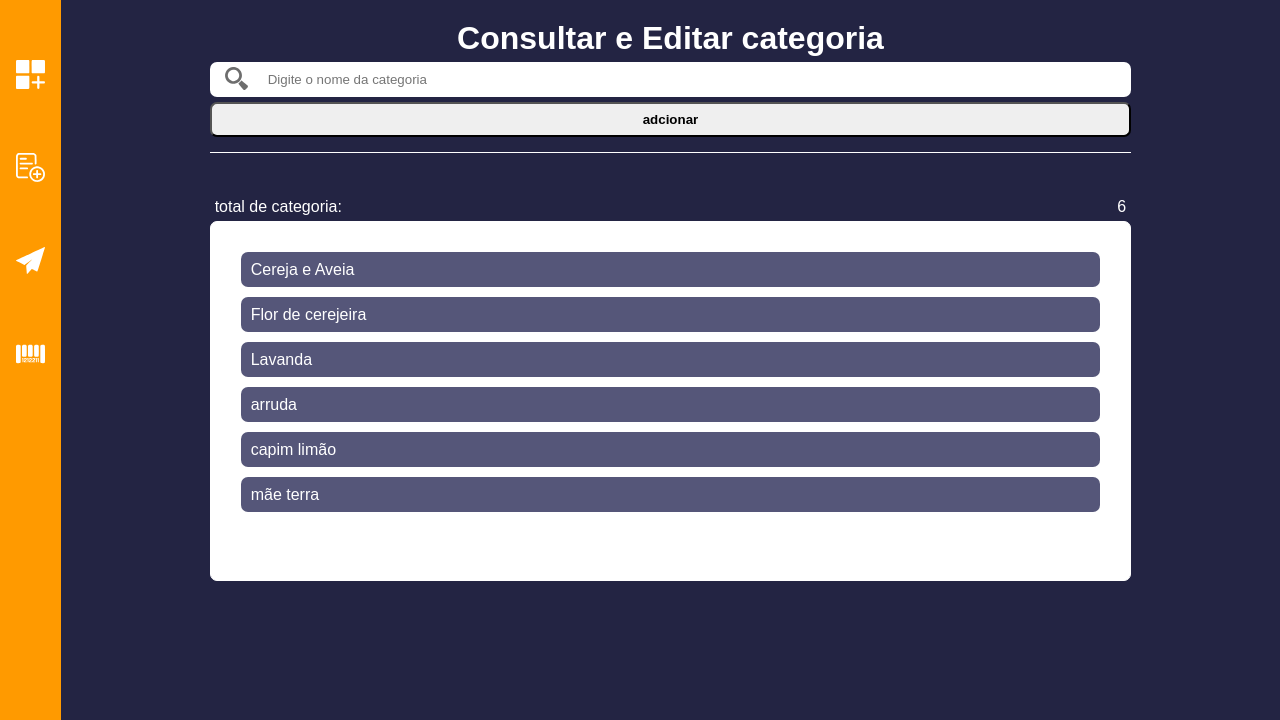
Repository: jeanjanrley/Organizador-de-rotulos
Page: /fragrancia
These files come from the project's save history. The page is drawn as it stood at one moment and after a run of saves; the edit follows.
The browser window is 1280 px wide. The pictures show the whole page.
The project was rebuilt for these pictures with package versions that can differ from the ones it lists, and the page was loaded fresh each time. Also part of the build but not shown: src/components/filter/styles.scss, src/components/filter/index.js, src/services/firebase.js, src/pages/home/styles.scss, src/pages/home/Home.js, src/components/rotulo/style.scss, src/components/rotulo/index.js, src/pages/consultar/index.js and 7 more.

Above is the page before, as saved 2021-06-27 18:11:16.

After the next 3 saves:
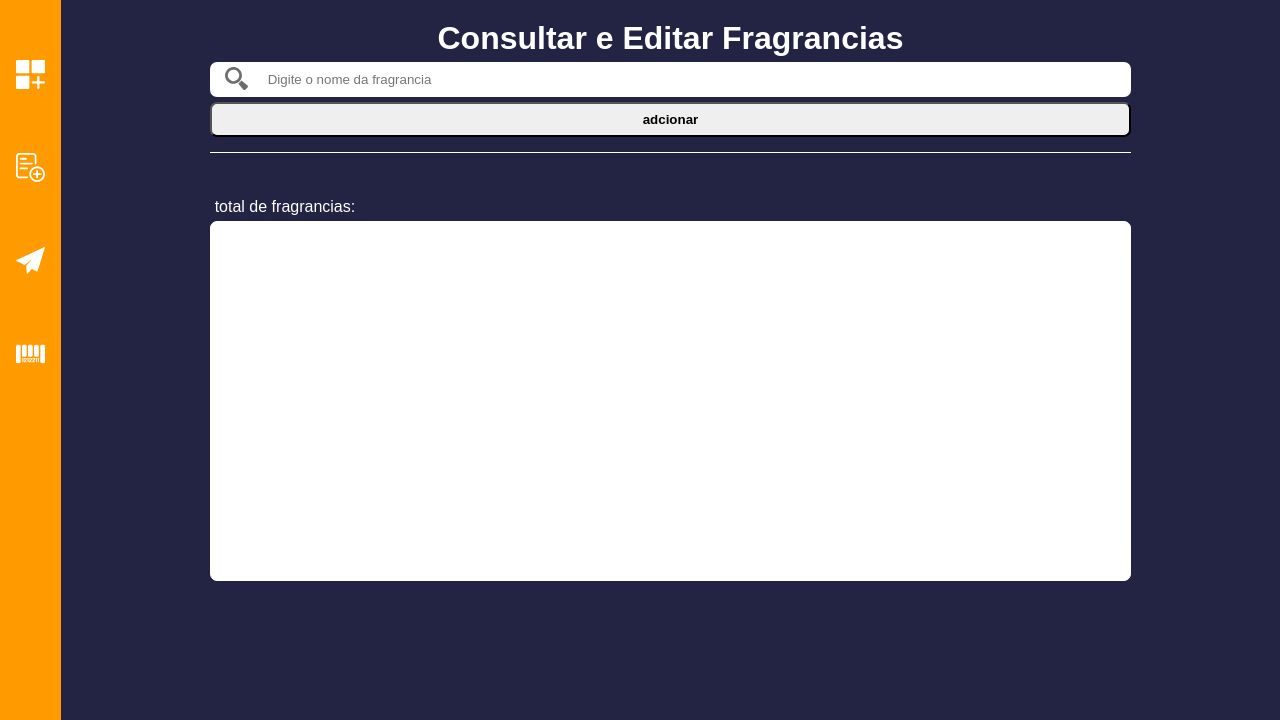
The 3 saves are shown as one change because 1 did not build or start and some came seconds apart.
The last was saved 2 min 37 s later.
--- a/src/pages/fragrancia/index.jsx
+++ b/src/pages/fragrancia/index.jsx
@@ -8,27 +8,24 @@ import lupa from '../../assets/icons/lupa.svg'
 
 
 
-export default function Categoria(props){
-    const [lists, setLists] = useState(['Cereja e Aveia', 'Flor de cerejeira', 'Lavanda', 'arruda', 'capim limão', 'mãe terra'])
+export default function Fragrancia(props){
     const [inputed, setInputed] = useState('')
 
-    const list = lists.map((item, index) => {
-        return(
-            <div key={index} className="item-list">
-                {item}
-            </div>
-        )}
-    )
+    function writeRotulo(categoria) {
+        firebase.database().ref('categorias/'+ categoria).set({
+            categoria: categoria,
+        });
+      }
 
     return(
         <div className="Page">
             <Aside/>
-            <div className="categoria">
-                <h1>Consultar e Editar categoria</h1>
+            <div className="fragrancia">
+                <h1>Consultar e Editar Fragrancias</h1>
                 <div className="input-person">
                     <img src={lupa} alt="lupa" />
                     <input
-                    placeholder="Digite o nome da categoria"
+                    placeholder="Digite o nome da fragrancia"
                     type="text"
                     value={inputed}
                     onChange={(value) => setInputed(value.target.value)}
@@ -43,11 +40,10 @@ export default function Categoria(props){
                 </button>
                 <div className="separator"/>
                 <div className="status-area">
-                    <span>total de categoria:</span>
-                    <span>{lists.length}</span>
+                    <span>total de fragrancias:</span>
+                    <span></span>
                 </div>
                 <div className="list-area">
-                    {list}
                 </div>
             </div>
         </div>
